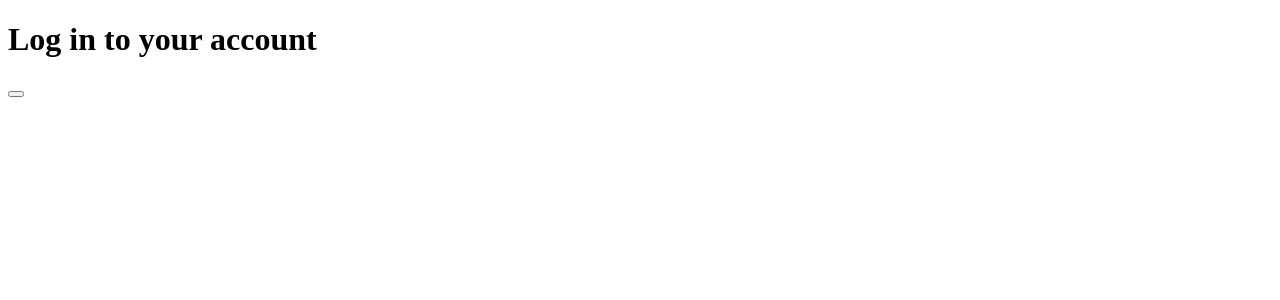
Repository: ir1998/cs201
Page: InvestCS/WebContent/index.html
These files come from the project's save history. The page is drawn as it stood at one moment and after the next save; the edit follows.
The browser window is 1280 px wide. The pictures show the whole page.

Above is the page before, as saved 2017-03-30 22:38:52.

### InvestCS/WebContent/index.html
<!DOCTYPE html>
<html>
<head>
<meta charset="UTF-8">
<title>Invest CS</title>
</head>
<body>
	<h1>Log in to your account</h1>

	<form action="submit">

	</form>
	<button></button>

</body>
</html>

After the next save:
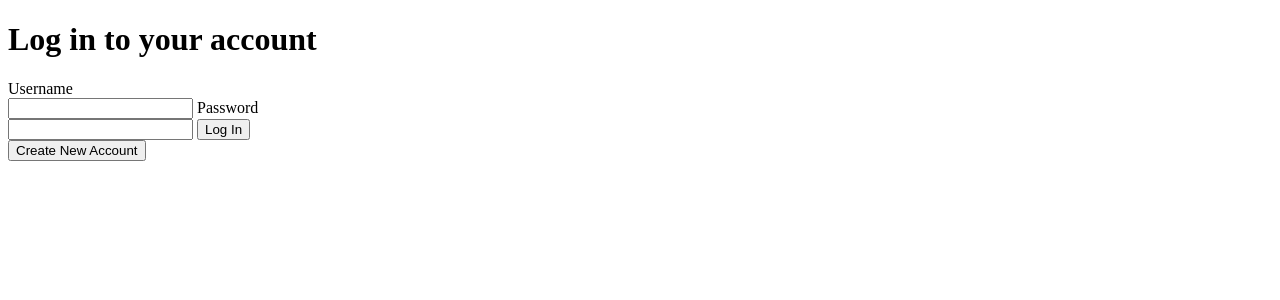
Saved 6 min 49 s later.
--- a/InvestCS/WebContent/index.html
+++ b/InvestCS/WebContent/index.html
@@ -7,10 +7,16 @@
 <body>
 	<h1>Log in to your account</h1>
 
-	<form action="submit">
-
-	</form>
-	<button></button>
+	<form class="Login Form" action="submit">
+    Username
+    <br>
+		<input type="text" id="username" name="username"/>
+    Password
+    <br>
+    <input type="text" id="password" name="password"/>
+		<input type="submit" value="Log In"/>
+  </form>
+	<button type= "button" id="createAccount"> Create New Account </button>
 
 </body>
 </html>
